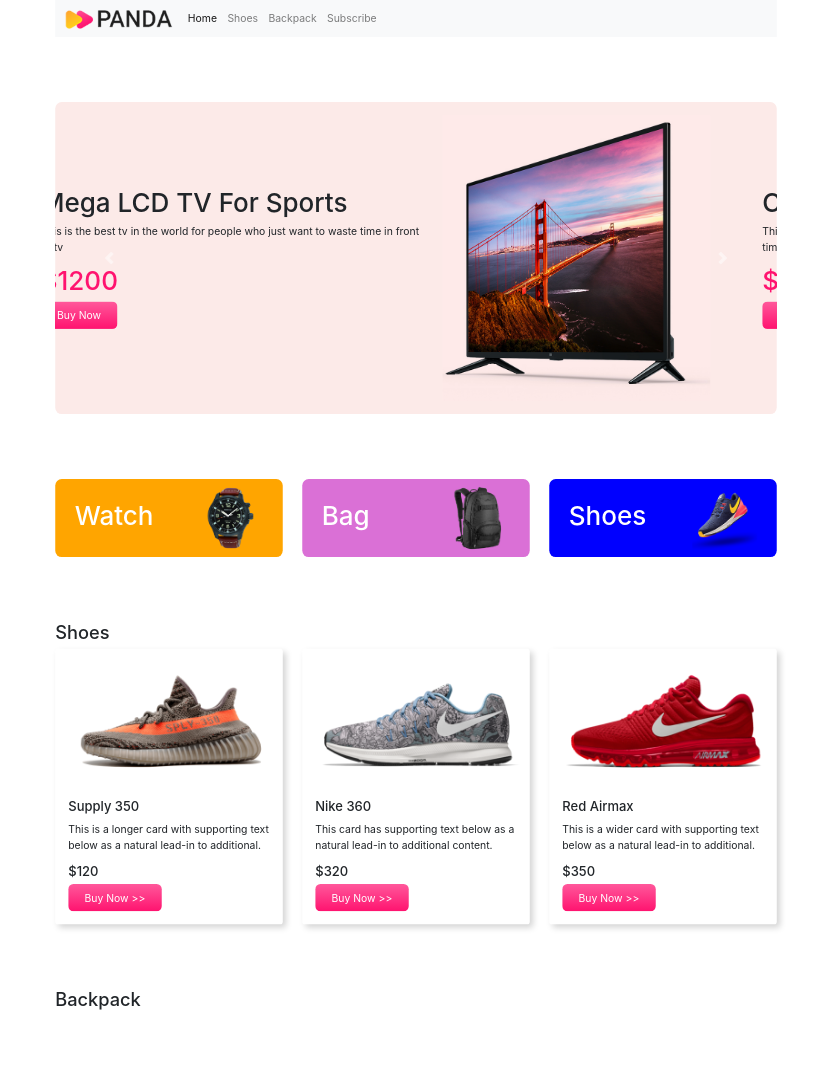
Repository: mohsinfarabi/panda-commerce
Page: index.html
The author's editor kept a copy of each file at every save. The page is drawn from the files as they stood at one save, then again after the next save.
The browser window is 1280 px wide. The pictures show the whole page, at 65% of full size.

Above is the page before, as saved 2020-07-07 03:15:43.

After the next save:
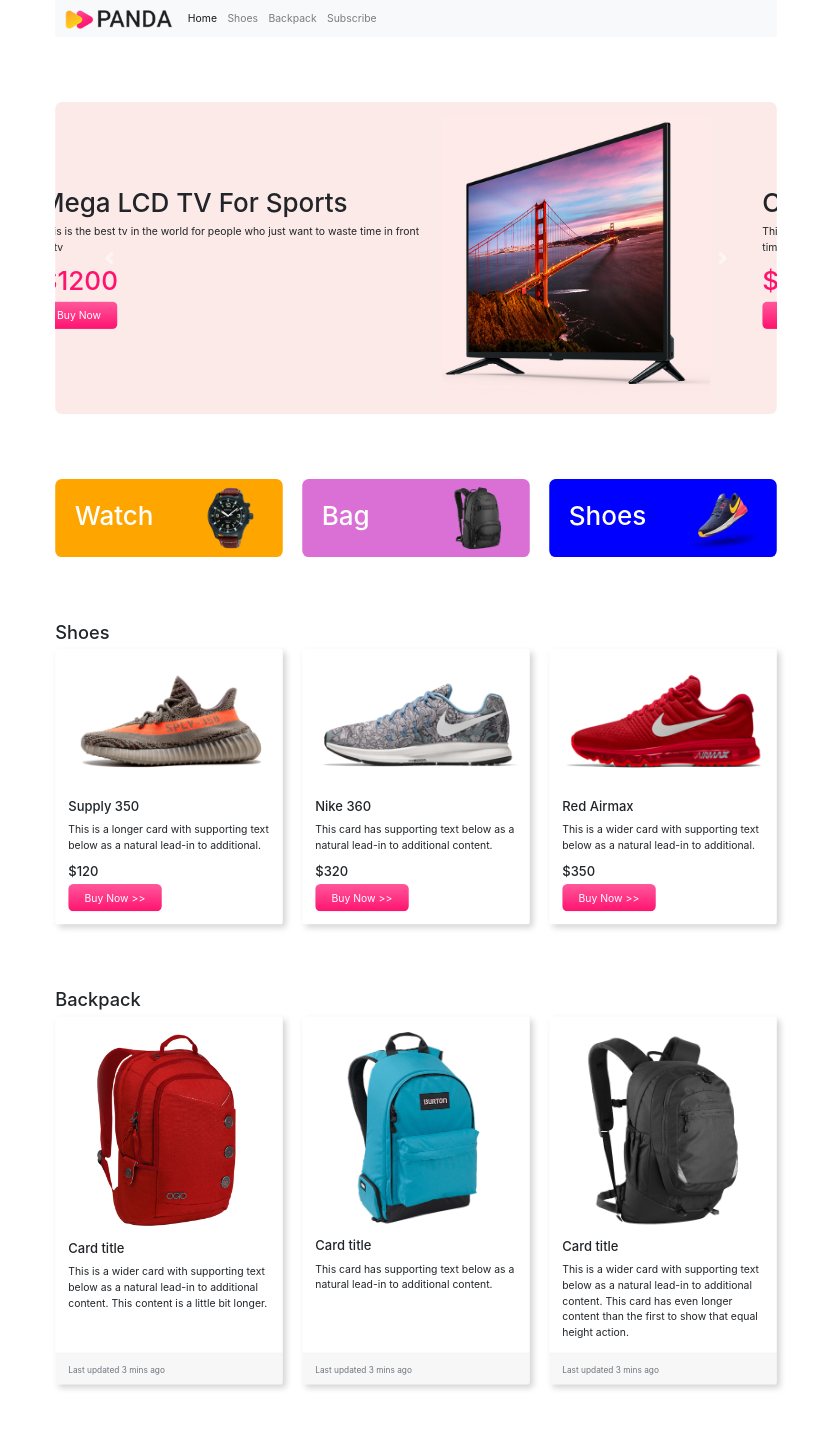
Saved 89 s later.
--- a/index.html
+++ b/index.html
@@ -146,6 +146,38 @@
 
     <div class="container" id="backpack">
         <h3>Backpack</h3>
+        <div class="card-deck">
+            <div class="card">
+                <img src="images/bags/bag-1.png" class="card-img-top" alt="...">
+                <div class="card-body">
+                    <h5 class="card-title">Card title</h5>
+                    <p class="card-text">This is a wider card with supporting text below as a natural lead-in to additional content. This content is a little bit longer.</p>
+                </div>
+                <div class="card-footer">
+                    <small class="text-muted">Last updated 3 mins ago</small>
+                </div>
+            </div>
+            <div class="card">
+                <img src="images/bags/bag-2.png" class="card-img-top" alt="...">
+                <div class="card-body">
+                    <h5 class="card-title">Card title</h5>
+                    <p class="card-text">This card has supporting text below as a natural lead-in to additional content.</p>
+                </div>
+                <div class="card-footer">
+                    <small class="text-muted">Last updated 3 mins ago</small>
+                </div>
+            </div>
+            <div class="card">
+                <img src="images/bags/bag-3.png" class="card-img-top" alt="...">
+                <div class="card-body">
+                    <h5 class="card-title">Card title</h5>
+                    <p class="card-text">This is a wider card with supporting text below as a natural lead-in to additional content. This card has even longer content than the first to show that equal height action.</p>
+                </div>
+                <div class="card-footer">
+                    <small class="text-muted">Last updated 3 mins ago</small>
+                </div>
+            </div>
+        </div>
     </div>
 
     <script src="https://code.jquery.com/jquery-3.5.1.slim.min.js" integrity="sha384-DfXdz2htPH0lsSSs5nCTpuj/zy4C+OGpamoFVy38MVBnE+IbbVYUew+OrCXaRkfj" crossorigin="anonymous"></script>
